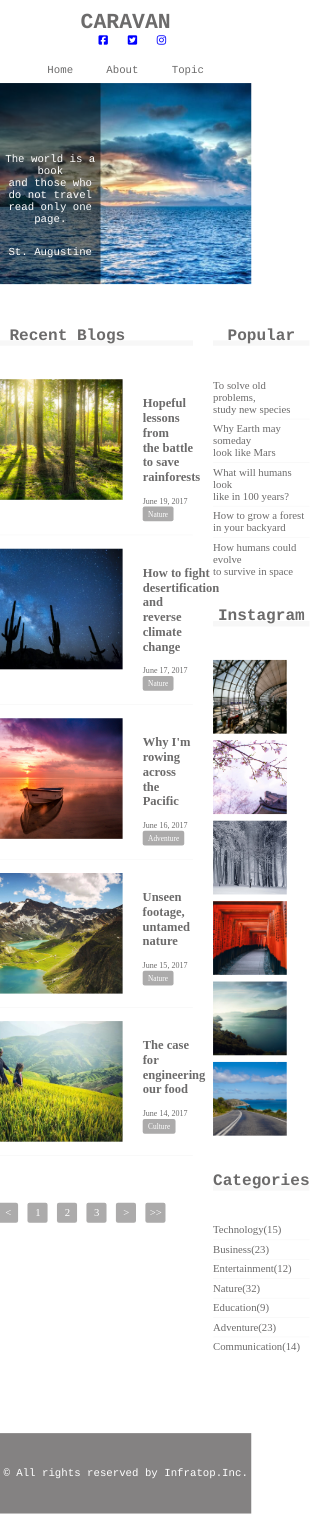
Repository: KoPiyt/Infratop-01
Page: caravan/index.html
The author's editor kept a record of every edit. The page is drawn from the files as they stood at one moment, then again after the next edit.
The browser window is 375 px wide. The page is 462 px wide, so the pictures cover 462 px, including what lies to the right of the window. The pictures show the whole page, at 67% of full size.
Some web libraries are served in a nearby version.

Above is the page before.

### caravan/index.html
<!DOCTYPE html>
<html lang="ja">
  <head>
    <meta charset="UTF-8" />
        <meta name="viewport" content="width=device-width,initial-scale=1.0">
    <script src="https://kit.fontawesome.com/45b41b99b0.js" crossorigin="anonymous"></script>
    <!-- CSSファイルの読み込み -->
    <link rel="stylesheet" href="style.css" />
    <title>CARAVAN</title>
  </head>

  <body>
    <!-- header -->
    <header>
      <h1 class="heading">
        <a href="index.html">
          CARAVAN
        </a>
      </h1>
      <div class="social">
        <i class="fab fa-facebook-square"></i>
        <i class="fab fa-twitter-square"></i>
        <i class="fab fa-instagram"></i>
      </div>


    </header>

    <!-- navigation -->
    <nav>
      <ul class="nav-list">
        <li class="nav-list-item">
          <a href="index.html">Home</a>
        </li>
        <li class="nav-list-item">About</li>
        <li class="nav-list-item">Topic</li>
      </ul>
    </nav>

    <!-- main-visual用のdiv -->
    <div class="main-visual">
      <div class="main-visual-content">
        <!-- pタグ（と文字）を追加 -->
        <p class="main-visual-text">
          The world is a book<br>
          and those who do not travel<br>
          read only one page.
        </p>
        <p class="main-visual-name">
          St. Augustine
        </p>      </div>
    </div>

    <!-- main用のdiv -->
    <main>
      <section class="blog">
        <h2 class="blog-heading">Recent Blogs</h2>
    <div class="blog-box">
          <div class="blog-item">
            <img class="blog-image" src="img/forest.jpg" />
            <section class="blog-text">
              <h3 class="blog-text-heading">
                <a href="single.html">
                  Hopeful lessons from<br>
                  the battle to save<br>
                  rainforests
                </a>
              </h3>
              <p class="blog-date">June 19, 2017</p>
              <span class="category">Nature</span>
            </section>
          </div>

          <div class="blog-item">
            <img class="blog-image" src="img/desert.jpg" />
            <section class="blog-text">
              <h3 class="blog-text-heading">
                <a href="single.html">
                  How to fight<br>
                  desertification and<br>
                  reverse climate change
                </a>
              </h3>
              <p class="blog-date">June 17, 2017</p>
              <span class="category">Nature</span>
            </section>
          </div>

          <div class="blog-item">
            <img class="blog-image" src="img/sunset.jpg" />
            <section class="blog-text">
              <h3 class="blog-text-heading">
                <a href="single.html">
                  Why I'm rowing<br>
                  across the Pacific
                </a>
              </h3>
              <p class="blog-date">June 16, 2017</p>
              <span class="category">Adventure</span>
            </section>
          </div>

          <div class="blog-item">
            <img class="blog-image" src="img/italy.jpg" />
            <section class="blog-text">
              <h3 class="blog-text-heading">
                <a href="single.html">
                  Unseen footage,<br>
                  untamed nature
                </a>
              </h3>
              <p class="blog-date">June 15, 2017</p>
              <span class="category">Nature</span>
            </section>
          </div>

          <div class="blog-item">
            <img class="blog-image" src="img/asia.jpg" />
            <section class="blog-text">
              <h3 class="blog-text-heading">
                <a href="single.html">
                  The case for<br>
                  engineering our food
                </a>
              </h3>
              <p class="blog-date">June 14, 2017</p>
              <span class="category">Culture</span>
            </section>
          </div>
        </div>

        <div class="pagination">
          <p><<</p>
          <p><</p>
          <p>1</p>
          <p>2</p>
          <p>3</p>
          <p>></p>
          <p>>></p>
        </div>
      </section>

      <div class="sidebar">
         <section class="popular">
          <h2 class="popular-heading common-heading">Popular</h2>
          <div class="sidebar-contents">
            <p class="popular-text">To solve old problems,<br>study new species</p>
            <p class="popular-text">Why Earth may someday<br>look like Mars</p>
            <p class="popular-text">What will humans look<br>like in 100 years?</p>
            <p class="popular-text">How to grow a forest<br>in your backyard</p>
            <p class="popular-text">How humans could evolve<br>to survive in space</p>
          </div>
         </section>

        <section class="instagram">
          <h2 class="instagram-heading common-heading">Instagram</h2>
          <div class="sidebar-contents">
            <div class="instagram-box"></div>
            <div class="instagram-box"></div>
            <div class="instagram-box"></div>
            <div class="instagram-box"></div>
            <div class="instagram-box"></div>
            <div class="instagram-box"></div>
          </div>
        </section>

        <section class="categories">
          <h2 class="categories-heading common-heading">Categories</h2>
          <div class="sidebar-contents">
            <p class="categories-text">Technology(15)</p>
            <p class="categories-text">Business(23)</p>
            <p class="categories-text">Entertainment(12)</p>
            <p class="categories-text">Nature(32)</p>
            <p class="categories-text">Education(9)</p>
            <p class="categories-text">Adventure(23)</p>
            <p class="categories-text">Communication(14)</p>
          </div>
        </section>

      </div>
    </main>

    <!-- footer -->
    <footer>
      <p class="footer-text">© All rights reserved by Infratop.Inc.</p>
    </footer>
  </body>
</html>

### caravan/style.css
/* ブラウザがそれぞれ持っているCSSをリセットするための記述 */
* {
  margin: 0;
  padding: 0;
  box-sizing: border-box;
  color: #6c6b6b;
}

a {
  text-decoration: none;
}

header, nav, h2, .main-visual, footer {
  font-family: Chalkduster, "Bradley Hand", Courier, "Segoe Print", sans-serif;
}


header {
  width: 90%; /* 横幅90% */
  padding: 15px 0;
  margin: 0 auto;
  text-align: center;
}

.social i {
  display: inline-block;
  margin-left: 20px;
}

header .heading { /* headerタグ内のheadingクラスにのみ反映される */
  font-size: 32px;
}

.nav-list {
  text-align: center;
  padding: 10px 0;
  margin: 0 auto;
}

.nav-list-item {
  list-style: none;
  display: inline-block;
  margin: 0 20px;
}

.main-visual {
  width: 100%; /* 横幅いっぱい */
  height: 300px; /* 高さ300px */
  background-image: url(img/mv.jpg);
  background-size: cover;
  background-position: center;
}

.main-visual-content {
  width: 40%; /* 横幅40% */
  height: 300px; /* 親の高さに揃える */
  background-color: rgba( 0, 0, 0, 0.5); /* 背景色を半透明の黒にする */
  text-align: center; /* 文字を中央揃えにする */
  padding-top: 105px; /* 上側の内側余白で垂直方向の位置を調整 */
}

.main-visual-text {
  color: #fff; /* 文字色を白に変更 */
}

.main-visual-name {
  margin-top: 30px; /* 上側の外側の余白 */
  color: #fff; /* 文字色を白に変更 */
}

main {
  width: 800px; /* 横幅800px */
  display: flex; /* Flexboxの利用 */
  justify-content: center; /* 要素の横並び・中央寄せ */
  margin: 0 auto; /* 要素の中央揃え */
  padding: 70px 0; /* 上下に70px、左右に0pxの内側余白 */
}

.blog {
  width: 540px;
  margin-right: 30px; /* 領域の右側余白 */
}

.blog-heading {
  border-bottom: 8px solid #f7f7f7;
  text-align: center;
  line-height: 0.6;
}

.blog-box {
  padding-top: 50px;
}

.blog-item {
  padding-bottom: 20px;
  margin-bottom: 20px;
  border-bottom: 1px solid #f7f7f7;
  display: flex;
  justify-content: flex-start;
}

.blog-image {
  height: 180px;
}

.blog-text {
  padding: 25px 0 0 30px;
}

.blog-text-heading {
  padding-bottom: 15px;
}

.blog-date {
  font-size: 12px;
  display: inline-block;
}

.category {
  display: inline-block;
  padding: 5px 8px;
  background-color: #acabab;
  border-radius: 3px;
  color: #fff;
  font-size: 11px;
}

.pagination {
  text-align: center;
  padding-top: 50px;
}

.pagination p {
  display: inline-block;
  width: 30px;
  height: 30px;
  margin: 0 5px;
  color: #fff;
  background-color: #acabab;
  border-radius: 3px;
  line-height: 30px;
}

.sidebar {
  width: 230px;
}

.common-heading {
  border-bottom: 8px solid #f7f7f7;
  text-align: center;
  line-height: 0.6;
}

.sidebar-contents {
  padding: 50px 0;
}

.popular-text,
.categories-text {
  padding-bottom: 5px;
  border-bottom: 1px solid #f7f7f7;
  margin-bottom: 5px;
}

.popular-text:last-child,
.categories-text:last-child {
  margin: 0;
  padding: 0;
  border: none;
}

.instagram .sidebar-contents {
  display: flex;
  flex-wrap: wrap;
}

.instagram-box {
  width: 110px;
  padding-top: 110px;
  background-size: cover;
  background-position: center;
  margin-bottom: 10px;
}

.instagram-box:nth-child(odd) {
  margin: 0 10px 10px 0;
}

.instagram-box:nth-child(1) {
  background-image: url(img/airport.jpg);
}

.instagram-box:nth-child(2) {
  background-image: url(img/japan.jpg);
}

.instagram-box:nth-child(3) {
  background-image: url(img/snow.jpg);
}

.instagram-box:nth-child(4) {
  background-image: url(img/japan2.jpg);
}

.instagram-box:nth-child(5) {
  background-image: url(img/lake.jpg);
}

.instagram-box:nth-child(6) {
  background-image: url(img/road.jpg);
}

footer {
  width: 100%; /* 横幅いっぱい */
  height: 120px; /* 高さ120px */

  text-align: center;
  line-height: 120px;
  background-color: #848282;
}

.footer-text {
  color: #fff;
}


@media screen and (max-width: 425px) {

  .social i {
    color: blue;
  }
  main{
    width:100%;
  }

   .nav-list {
    width: 100%;
  }
 .blog{
    width:100%;
  }
  header{
    width:100%;
  }
  .blog-box{
    width:100%;
  }
}

After the next edit:
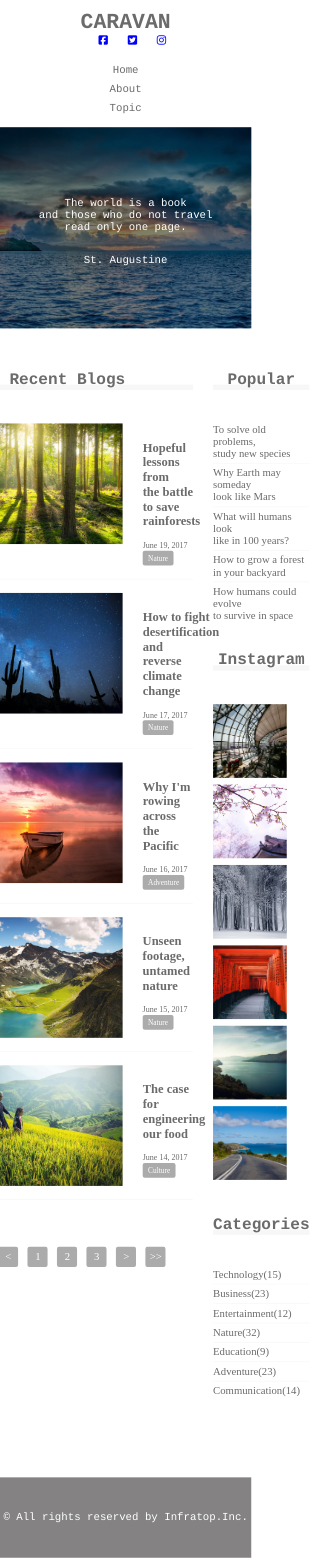
The edit:
--- a/caravan/style.css
+++ b/caravan/style.css
@@ -236,6 +236,14 @@
    .nav-list {
     width: 100%;
   }
+    .nav-list-item {
+    width: 100%;
+    margin: 0 0 10px 0;
+  }
+  .main-visual-content {
+    width:100%;
+
+  }
  .blog{
     width:100%;
   }
